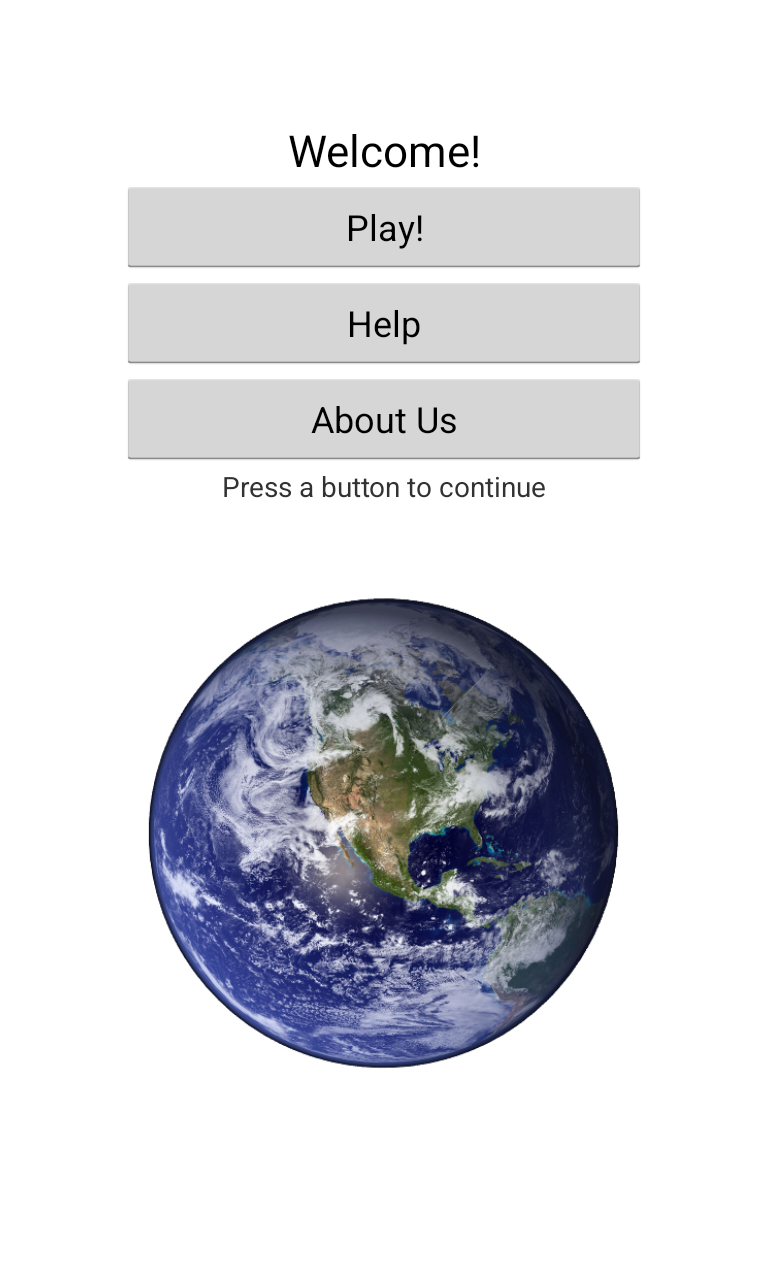
Repository: AGNT/Mobile_application_SU13
Layout: android/Locate/res/layout/activity_menu.xml
The author's editor kept a copy of each file at every save. The layout is drawn from the files as they stood at one save, then again after the next save.
It is drawn on a 768 x 1280 px phone screen (xhdpi) without system bars, with theme AppTheme; the app's code is not run.

Above is the layout before, as saved 2013-08-05 17:40:59.

### android/Locate/res/layout/activity_menu.xml
<LinearLayout xmlns:android="http://schemas.android.com/apk/res/android"
    xmlns:tools="http://schemas.android.com/tools"
    android:layout_width="match_parent"
    android:layout_height="match_parent"
    android:orientation="vertical"
    android:padding="60dp"
    android:paddingBottom="@dimen/activity_vertical_margin"
    android:paddingLeft="@dimen/activity_horizontal_margin"
    android:paddingRight="@dimen/activity_horizontal_margin"
    android:paddingTop="@dimen/activity_vertical_margin"
    tools:context=".Menu" >

    <TextView
        android:id="@+id/textView1"
        android:layout_width="match_parent"
        android:layout_height="wrap_content"
        android:gravity="center"
        android:text="Welcome!"
        android:textAppearance="?android:attr/textAppearanceLarge" />

    <Button
        android:id="@+id/button1"
        android:layout_width="match_parent"
        android:layout_height="wrap_content"
        android:text="Play!" />

    <Button
        android:id="@+id/button2"
        android:layout_width="match_parent"
        android:layout_height="wrap_content"
        android:text="Help" />

    <Button
        android:id="@+id/button3"
        android:layout_width="match_parent"
        android:layout_height="wrap_content"
        android:text="About Us" />

    <TextView
        android:id="@+id/textView2"
        android:layout_width="match_parent"
        android:layout_height="wrap_content"
        android:gravity="center"
        android:text="Press a button to continue"
        android:textAppearance="?android:attr/textAppearanceSmall" />

    <ImageView
        android:id="@+id/imageView1"
        android:layout_width="match_parent"
        android:layout_height="196dp"
        android:layout_weight="0.66"
        android:src="@drawable/ic_launcher" />

</LinearLayout>

Loaded but not shown: android/Locate/res/values/styles.xml (common file); android/Locate/res/values-v11/styles.xml (common file); android/Locate/res/values-v14/styles.xml (common file); android/Locate/res/values/dimens.xml (common file)

After the next save:
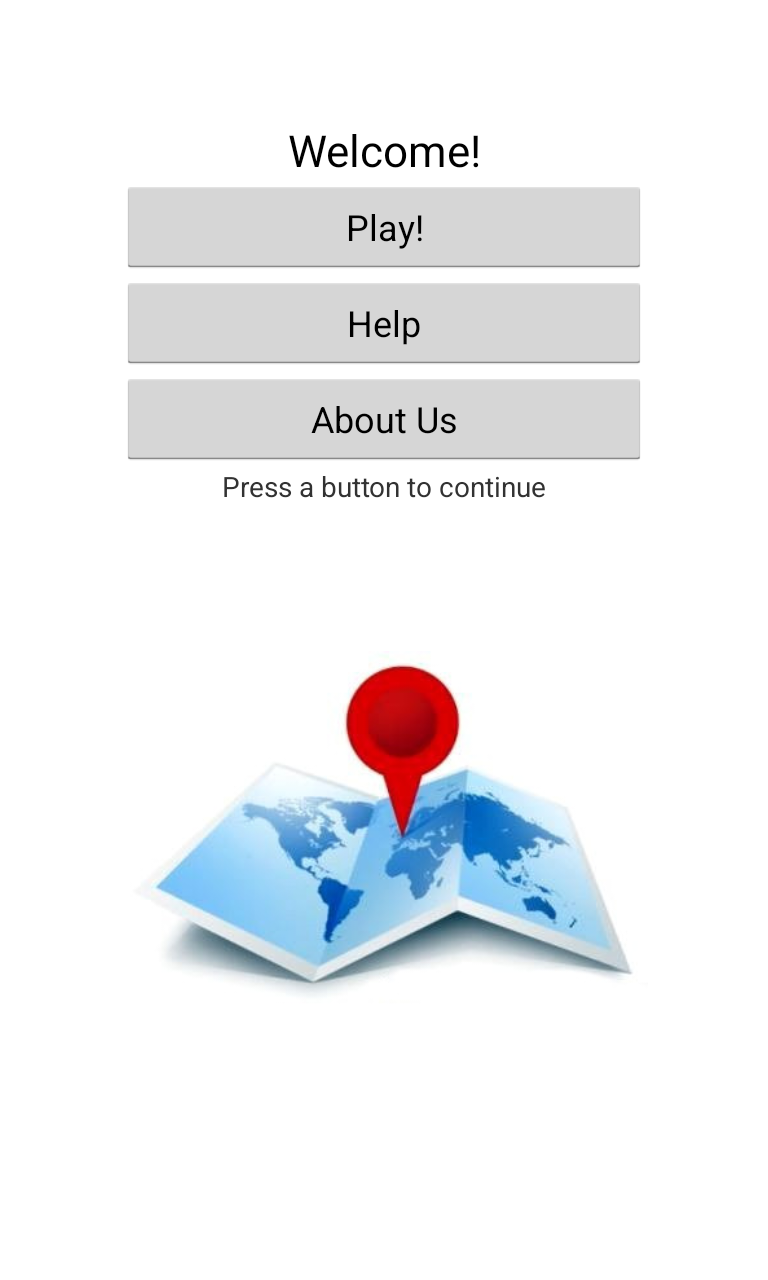
Saved 11 min 2 s later.
--- a/android/Locate/res/layout/activity_menu.xml
+++ b/android/Locate/res/layout/activity_menu.xml
@@ -49,6 +49,6 @@
         android:layout_width="match_parent"
         android:layout_height="196dp"
         android:layout_weight="0.66"
-        android:src="@drawable/ic_launcher" />
+        android:src="@drawable/locate" />
 
 </LinearLayout>
